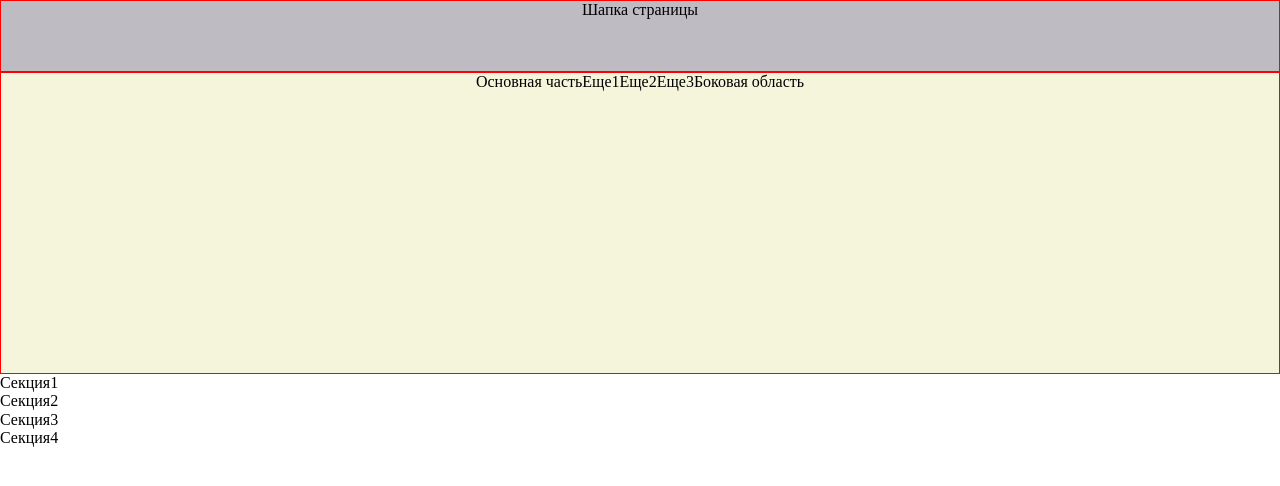
Repository: IrinaGetmanenko/week5
Page: week5/index.html
An editor plug-in stored every save of this project. The page is shown before and after the next save, followed by the edit.
The browser window is 1280 px wide. The pictures show the whole page.

Above is the page before, as saved 2022-08-28 17:14:47.

### week5/index.html
<!DOCTYPE html>
<html lang="en">
<head>
    <meta charset="UTF-8">
    <meta http-equiv="X-UA-Compatible" content="IE=edge">
    <meta name="viewport" content="width=device-width, initial-scale=1.0">
    <link rel="stylesheet" href="normalize.css">
    <title>Document</title>
    <style>
    .container{
        display: flex;
        justify-content: center;
        flex-wrap: wrap;

    }

    .h1{
        display: flex;
        justify-content: center;
        border: 1px solid red;
        height: 70px;
        background-color: #bfbbc3;
    }

    .container-2{
        display: flex;
        justify-content: center;
        border: 1px solid red;
        background-color: beige;
        height: 300px;

    }


    </style>
</head>
<body class="container-1">
    <header class="h1" >Шапка страницы</header>

<main>
<main class="container-2">Основная часть
<main class="section1">Eще1</main>
<main class="section2">Еще2</main>
<main class="section3">Еще3</main>
<aside class="aside">Боковая область</aside>
</main>
</main>

<footer class="footer">
       <footer class="f1">Секция1</footer>
       <footer class="f1">Секция2</footer>
       <footer class="f1">Секция3</footer>
       <footer class="f1">Секция4</footer>
</footer>

</body>
</html>

Loaded but not shown: week5/normalize.css (library)

After the next save:
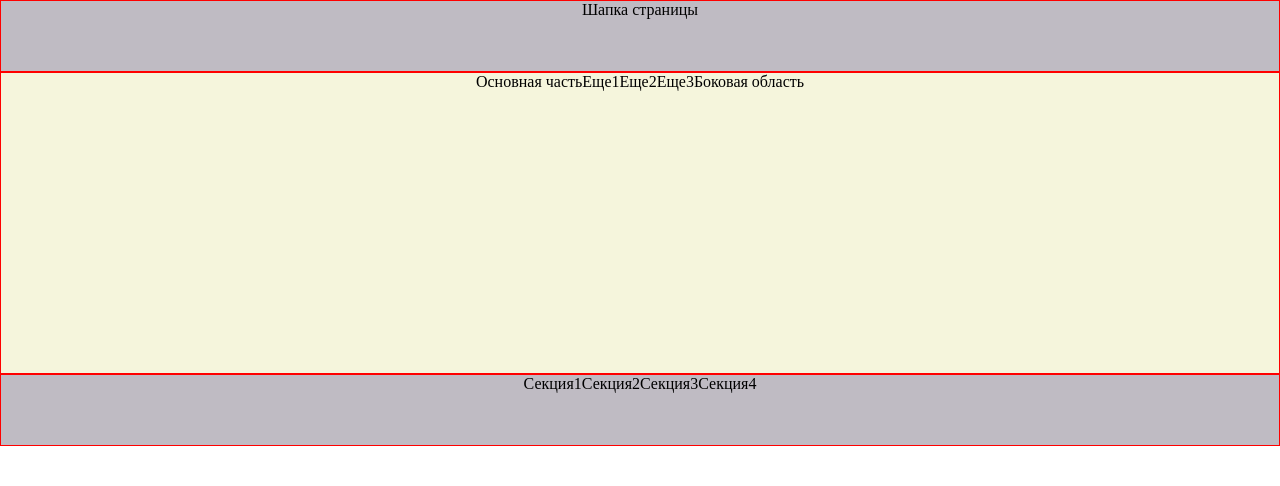
Saved 68 s later.
--- a/week5/index.html
+++ b/week5/index.html
@@ -32,6 +32,14 @@
     }
 
 
+    .footer{
+        display: flex;
+        justify-content: center;
+        border: 1px solid red;
+        height: 70px;
+        background-color: #bfbbc3;
+    }
+
     </style>
 </head>
 <body class="container-1">
